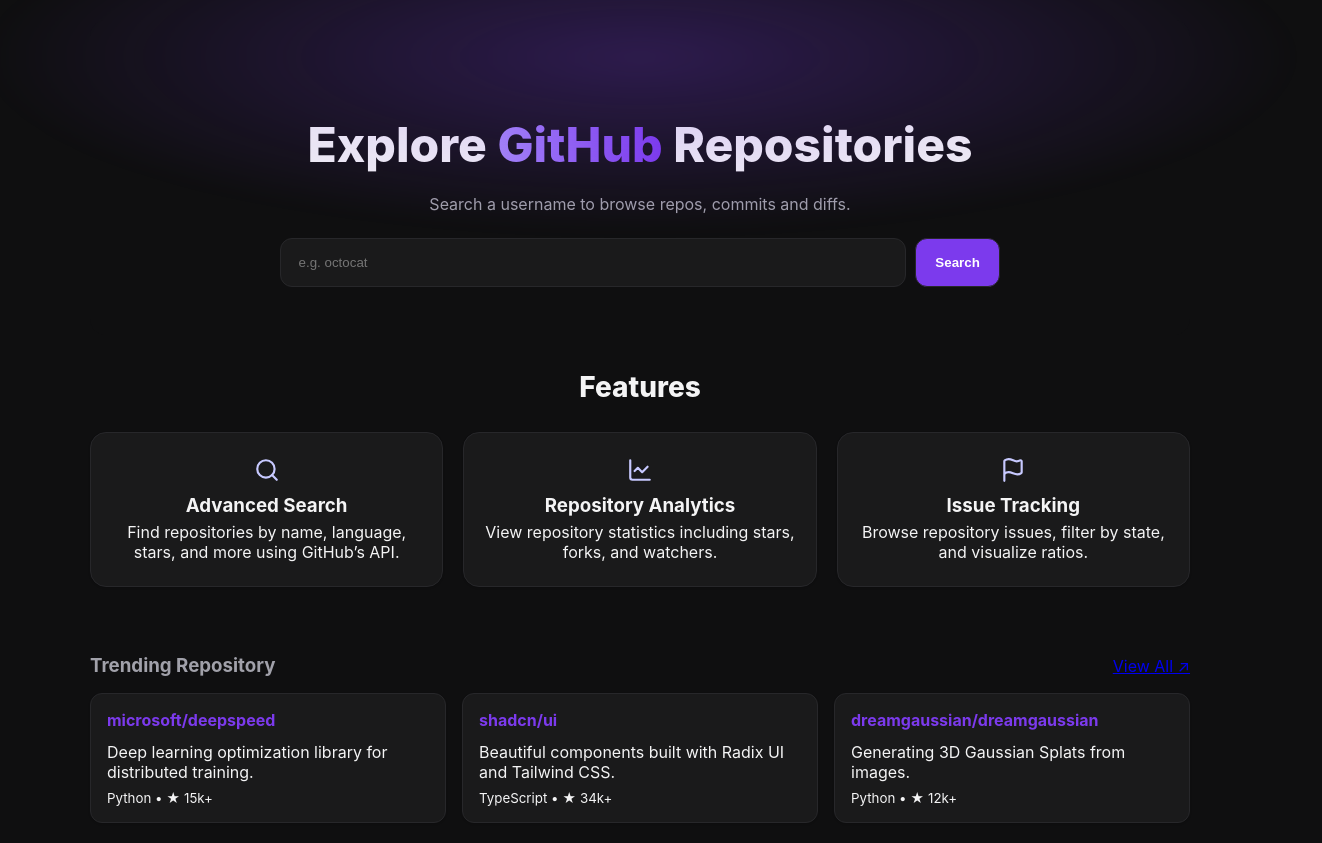
Repository: Tshenolo1994/username-repo
Page: /
These files come from the project's save history. The page is drawn as it stood at one moment and after the next save; the edit follows.
The browser window is 1280 px wide. The page is 1322 px wide, so the pictures cover 1322 px, including what lies to the right of the window. The pictures show the whole page.
The project was rebuilt for these pictures with package versions that can differ from the ones it lists, and the page was loaded fresh each time. Also part of the build but not shown: vite.config.ts, src/views/RepoView.vue.

Above is the page before, as saved 2025-10-27 00:31:14.

### index.html
<!doctype html>
<html lang="en">
  <head>
    <meta charset="UTF-8" />
    <link rel="icon" type="image/svg+xml" href="/vite.svg" />
    <meta name="viewport" content="width=device-width, initial-scale=1.0" />
    <title>commit-explorer</title>
  </head>
  <body>
    <div id="app"></div>
    <script type="module" src="/src/main.ts"></script>
  </body>
</html>

### src/main.ts
import { createApp } from 'vue'
import { createPinia } from 'pinia'
import App from './App.vue'
import router from './router'
import './styles/theme.css'

createApp(App)
  .use(createPinia())
  .use(router)
  .mount('#app')

### src/App.vue
<template>
  <RouterView />
</template>

<script setup lang="ts"></script>

<style>
html, body, #app {
  height: 100%;
  margin: 0;
  font-family: system-ui, -apple-system, 'Segoe UI', Roboto, sans-serif;
}
</style>

### src/router/index.ts
import { createRouter, createWebHistory } from 'vue-router'
import HomeView from '@/views/HomeView.vue'
import RepoView from '@/views/RepoView.vue'

const router = createRouter({
  history: createWebHistory(),
  routes: [
    { path: '/', name: 'home', component: HomeView },
    { path: '/repos/:username', name: 'repos', component: RepoView, props: true },
  ],
  scrollBehavior: () => ({ top: 0 }),
})

export default router

### src/styles/theme.css
:root {

    --bg: #0f0f10;
    --bg-elev: #1a1a1b;
    --text: #f4f4f5;
    --muted: #a1a1aa;
    --border: #27272a;
    --link: #7c3aed;
  }


  [data-theme="light"] {
    --bg: #f9fafb;
    --bg-elev: #ffffff;
    --text: #18181b;
    --muted: #52525b;
    --border: #e4e4e7;
    --link: #2563eb;
  }


  html, body, #app {
    margin: 0;
    padding: 0;
    background: var(--bg);
    color: var(--text);
    font-family: 'Inter', system-ui, sans-serif;
    transition: background 0.3s, color 0.3s;
  }


  h1, h2, h3 {
    line-height: 1.2;
    margin: 0;
  }
  p {
    margin: 0.25rem 0 0;
  }


  .card {
    background: var(--bg-elev);
    border: 1px solid var(--border);
    border-radius: 0.75rem;
    padding: 1rem;
    box-shadow: 0 1px 2px rgba(0,0,0,0.15);
  }

### src/views/HomeView.vue
<template>
    <section class="home">
      <LandingHero @submit="go" />
      <FeatureCards />
      <TrendingRow />
    </section>
  </template>

  <script setup lang="ts">
  import { useRouter } from 'vue-router'
  import LandingHero from '@/components/LandingHero.vue'
  import FeatureCards from '@/components/FeatureCards.vue'
  import TrendingRow from '@/components/TrendingRow.vue'

  const router = useRouter()
  function go(username: string) {
    router.push({ name: 'repos', params: { username } })
  }
  </script>

  <style scoped>
  .home { display:grid; gap:2.25rem; max-width:1100px; margin:0 auto; padding:1.25rem; }
  </style>

### src/components/LandingHero.vue
<template>
    <section class="hero">
      <div class="glow" aria-hidden="true"></div>

      <h1 class="title">
        Explore <span class="accent">GitHub</span> Repositories
      </h1>
      <p class="sub">Search a username to browse repos, commits and diffs.</p>

      <form class="search" @submit.prevent="submit">
        <input
          v-model.trim="username"
          class="input"
          placeholder="e.g. octocat"
          :aria-invalid="!!err"
        />
        <button class="btn" type="submit">Search</button>
      </form>

      <small v-if="err" class="err">{{ err }}</small>
    </section>
  </template>

  <script setup lang="ts">
  import { ref } from 'vue'
  const emit = defineEmits<{ (e: 'submit', username: string): void }>()
  const username = ref(''); const err = ref('')

  function submit() {
    err.value = ''
    if (!username.value) return (err.value = 'Username is required')
    if (!/^[A-Za-z0-9-]{1,39}$/.test(username.value))
      return (err.value = 'Invalid GitHub username')
    emit('submit', username.value)
  }
  </script>

  <style scoped>
  .hero {
    position: relative;
    display: grid;
    gap: 1rem;
    justify-items: center;
    text-align: center;
    padding: 6rem 1rem 3rem;
    background: var(--bg);
    border-radius: 1rem;
  }
  .glow {
    position: absolute;
    inset: -12% -12% auto -12%;
    height: 300px;
    background: radial-gradient(1200px 320px at 50% 25%, rgba(124,58,237,.28), transparent 55%);
    filter: blur(8px);
    pointer-events: none;
  }
  .title {
    margin: 0;
    font-weight: 800;
    font-size: clamp(2rem,5vw,3rem);
    color: var(--text);
  }
  .accent {
    background: linear-gradient(90deg, #a78bfa, #7c3aed);
    -webkit-background-clip: text;
    background-clip: text;
    color: transparent;
  }
  .sub { color: var(--muted); max-width: 60ch; }
  .search {
    display: flex; gap: .6rem;
    width: min(720px,100%);
    margin-top: .5rem;
  }
  .input {
    flex: 1;
    padding: 1rem 1.1rem;
    border-radius: .75rem;
    border: 1px solid var(--border);
    background: var(--bg-elev);
    color: var(--text);
  }
  .btn {
    padding: 1rem 1.2rem;
    border-radius: .75rem;
    border: 1px solid var(--border);
    background: var(--link);
    color: #fff;
    font-weight: 600;
    cursor: pointer;
  }
  .err { color: #ef4444; }
  </style>

### src/components/FeatureCards.vue
<script setup lang="ts">
import { Search, LineChart, Flag } from 'lucide-vue-next'
</script>

<template>
  <section class="features-section">
    <h2 class="section-heading">Features</h2>
    <div class="feature-grid">
      <article class="card glass">
        <Search class="icon" :size="26" />
        <h3>Advanced Search</h3>
        <p>Find repositories by name, language, stars, and more using GitHub’s API.</p>
      </article>
      <article class="card glass">
        <LineChart class="icon" :size="26" />
        <h3>Repository Analytics</h3>
        <p>View repository statistics including stars, forks, and watchers.</p>
      </article>
      <article class="card glass">
        <Flag class="icon" :size="26" />
        <h3>Issue Tracking</h3>
        <p>Browse repository issues, filter by state, and visualize ratios.</p>
      </article>
    </div>
  </section>
</template>

<style scoped>
.features-section { display:grid; gap:1.25rem; text-align:center; }
.section-heading {
  margin: 0 auto 0.5rem;
  font-size: 1.75rem; font-weight: 800;
  color: var(--text);
}
.feature-grid{
  display:grid;
  grid-template-columns: repeat(3, minmax(0, 1fr));
  gap: 1.25rem;
}
.card{
  padding: 1.5rem 1.25rem;
  border-radius: 16px;
  backdrop-filter: blur(14px) saturate(120%);
}
.icon{ color:#c7c9ff; margin-bottom:.5rem; }
@media (max-width: 980px){ .feature-grid{ grid-template-columns: 1fr; } }
</style>

### src/components/TrendingRow.vue
<template>
    <section class="trending">
      <div class="head">
        <h3>Trending Repository</h3>
        <a href="https://github.com/trending" target="_blank" rel="noreferrer">View All ↗</a>
      </div>

      <div class="grid">
        <article class="card">
          <a class="repo" href="https://github.com/microsoft/DeepSpeed" target="_blank" rel="noreferrer">microsoft/deepspeed</a>
          <p>Deep learning optimization library for distributed training.</p>
          <small>Python • ★ 15k+</small>
        </article>

        <article class="card">
          <a class="repo" href="https://github.com/shadcn/ui" target="_blank" rel="noreferrer">shadcn/ui</a>
          <p>Beautiful components built with Radix UI and Tailwind CSS.</p>
          <small>TypeScript • ★ 34k+</small>
        </article>

        <article class="card">
          <a class="repo" href="https://github.com/dreamgaussian/dreamgaussian" target="_blank" rel="noreferrer">dreamgaussian/dreamgaussian</a>
          <p>Generating 3D Gaussian Splats from images.</p>
          <small>Python • ★ 12k+</small>
        </article>
      </div>
    </section>
  </template>

  <script setup lang="ts"></script>

  <style scoped>
  .trending { display:grid; gap:1rem; margin-top:2rem; }
  .head { display:flex; align-items:center; justify-content:space-between; color:var(--muted); }
  .grid { display:grid; grid-template-columns: repeat(3, minmax(0,1fr)); gap:1rem; }
  .card { background: var(--bg-elev); border:1px solid var(--border); border-radius:.75rem; padding:1rem; display:grid; gap:.5rem; }
  .repo { color: var(--link); font-weight:700; text-decoration:none; }
  @media (max-width: 860px){ .grid { grid-template-columns: 1fr; } }
  </style>

After the next save:
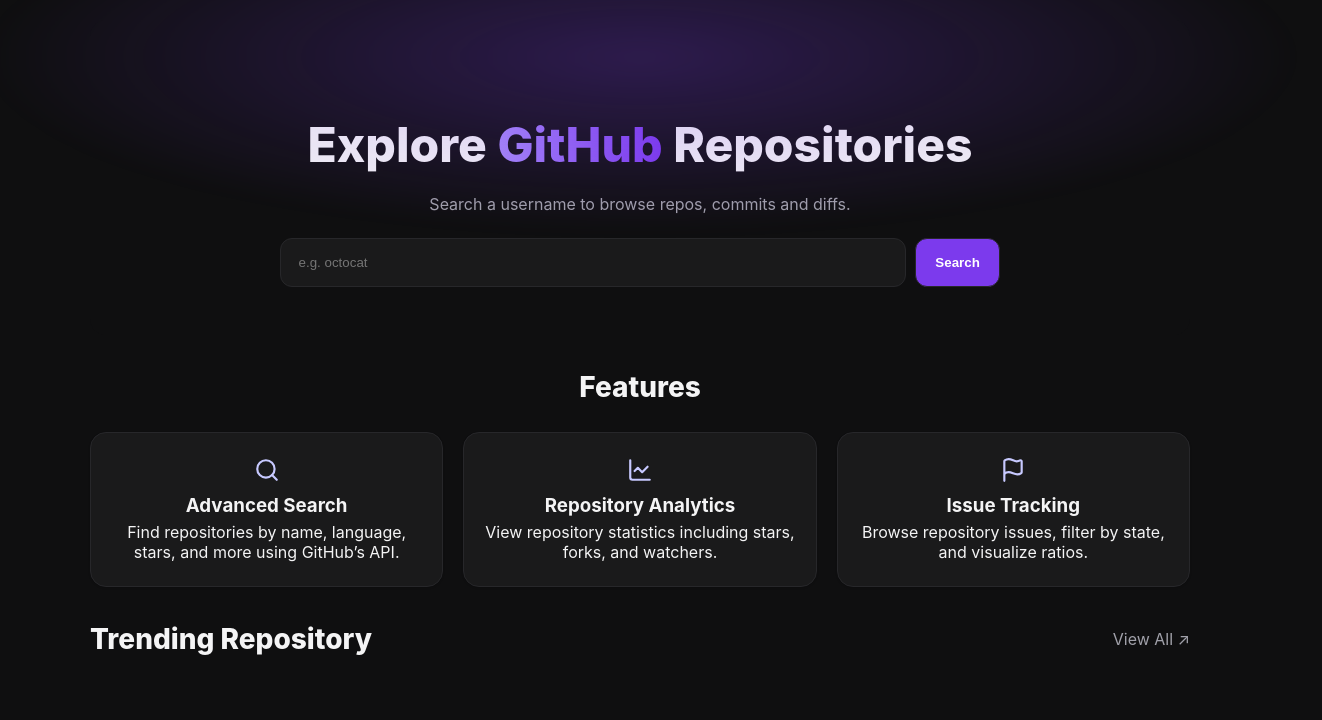
Saved 39 s later.
--- a/src/components/TrendingRow.vue
+++ b/src/components/TrendingRow.vue
@@ -1,39 +1,27 @@
 <template>
-    <section class="trending">
-      <div class="head">
-        <h3>Trending Repository</h3>
-        <a href="https://github.com/trending" target="_blank" rel="noreferrer">View All ↗</a>
+    <section class="trending-section">
+      <div class="trending-head">
+        <h2 class="section-heading">Trending Repository</h2>
+        <a class="view-all" href="https://github.com/trending" target="_blank" rel="noreferrer">View All ↗</a>
       </div>
-
-      <div class="grid">
-        <article class="card">
-          <a class="repo" href="https://github.com/microsoft/DeepSpeed" target="_blank" rel="noreferrer">microsoft/deepspeed</a>
-          <p>Deep learning optimization library for distributed training.</p>
-          <small>Python • ★ 15k+</small>
-        </article>
-
-        <article class="card">
-          <a class="repo" href="https://github.com/shadcn/ui" target="_blank" rel="noreferrer">shadcn/ui</a>
-          <p>Beautiful components built with Radix UI and Tailwind CSS.</p>
-          <small>TypeScript • ★ 34k+</small>
-        </article>
-
-        <article class="card">
-          <a class="repo" href="https://github.com/dreamgaussian/dreamgaussian" target="_blank" rel="noreferrer">dreamgaussian/dreamgaussian</a>
-          <p>Generating 3D Gaussian Splats from images.</p>
-          <small>Python • ★ 12k+</small>
-        </article>
+      <div class="trend-grid">
+        <!-- your 3 cards -->
       </div>
     </section>
   </template>
 
-  <script setup lang="ts"></script>
-
   <style scoped>
-  .trending { display:grid; gap:1rem; margin-top:2rem; }
-  .head { display:flex; align-items:center; justify-content:space-between; color:var(--muted); }
-  .grid { display:grid; grid-template-columns: repeat(3, minmax(0,1fr)); gap:1rem; }
-  .card { background: var(--bg-elev); border:1px solid var(--border); border-radius:.75rem; padding:1rem; display:grid; gap:.5rem; }
-  .repo { color: var(--link); font-weight:700; text-decoration:none; }
-  @media (max-width: 860px){ .grid { grid-template-columns: 1fr; } }
+  .trending-section { display:grid; gap:1rem; }
+  .trending-head{
+    display:flex; align-items:center; justify-content:space-between;
+  }
+  .section-heading{ margin:0; font-size:1.75rem; font-weight:800; color:var(--text); }
+  .view-all{ color: var(--muted); text-decoration:none; }
+  .trend-grid{
+    display:grid;
+    grid-template-columns: repeat(3, minmax(0, 1fr));
+    gap: 1.25rem;
+  }
+  .card{ padding:1.1rem 1.25rem; border-radius:16px; }
+  @media (max-width: 980px){ .trend-grid{ grid-template-columns:1fr; } }
   </style>

After the save that followed:
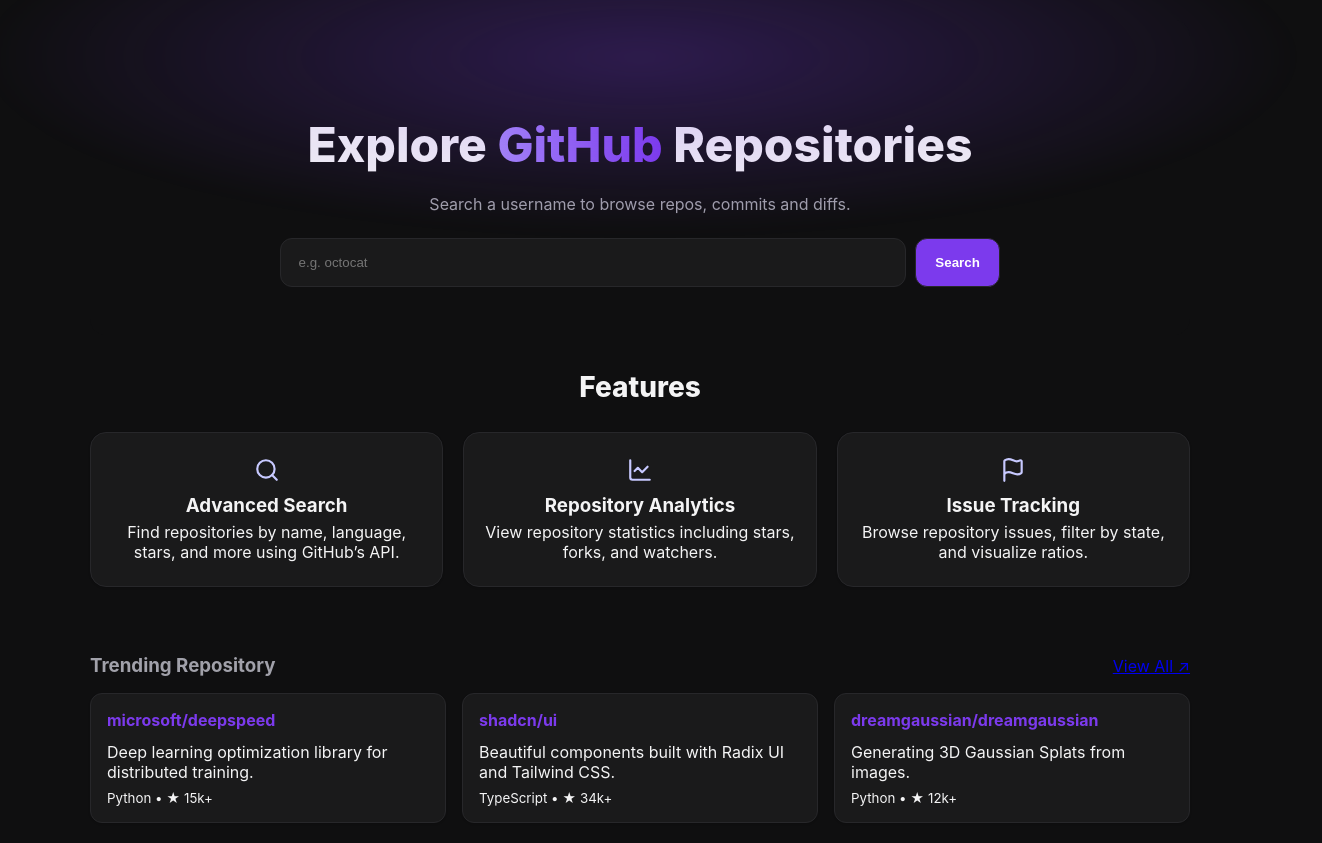
Saved 19 s later.
--- a/src/components/TrendingRow.vue
+++ b/src/components/TrendingRow.vue
@@ -1,27 +1,39 @@
 <template>
-    <section class="trending-section">
-      <div class="trending-head">
-        <h2 class="section-heading">Trending Repository</h2>
-        <a class="view-all" href="https://github.com/trending" target="_blank" rel="noreferrer">View All ↗</a>
+    <section class="trending">
+      <div class="head">
+        <h3>Trending Repository</h3>
+        <a href="https://github.com/trending" target="_blank" rel="noreferrer">View All ↗</a>
       </div>
-      <div class="trend-grid">
-        <!-- your 3 cards -->
+
+      <div class="grid">
+        <article class="card">
+          <a class="repo" href="https://github.com/microsoft/DeepSpeed" target="_blank" rel="noreferrer">microsoft/deepspeed</a>
+          <p>Deep learning optimization library for distributed training.</p>
+          <small>Python • ★ 15k+</small>
+        </article>
+
+        <article class="card">
+          <a class="repo" href="https://github.com/shadcn/ui" target="_blank" rel="noreferrer">shadcn/ui</a>
+          <p>Beautiful components built with Radix UI and Tailwind CSS.</p>
+          <small>TypeScript • ★ 34k+</small>
+        </article>
+
+        <article class="card">
+          <a class="repo" href="https://github.com/dreamgaussian/dreamgaussian" target="_blank" rel="noreferrer">dreamgaussian/dreamgaussian</a>
+          <p>Generating 3D Gaussian Splats from images.</p>
+          <small>Python • ★ 12k+</small>
+        </article>
       </div>
     </section>
   </template>
 
+  <script setup lang="ts"></script>
+
   <style scoped>
-  .trending-section { display:grid; gap:1rem; }
-  .trending-head{
-    display:flex; align-items:center; justify-content:space-between;
-  }
-  .section-heading{ margin:0; font-size:1.75rem; font-weight:800; color:var(--text); }
-  .view-all{ color: var(--muted); text-decoration:none; }
-  .trend-grid{
-    display:grid;
-    grid-template-columns: repeat(3, minmax(0, 1fr));
-    gap: 1.25rem;
-  }
-  .card{ padding:1.1rem 1.25rem; border-radius:16px; }
-  @media (max-width: 980px){ .trend-grid{ grid-template-columns:1fr; } }
+  .trending { display:grid; gap:1rem; margin-top:2rem; }
+  .head { display:flex; align-items:center; justify-content:space-between; color:var(--muted); }
+  .grid { display:grid; grid-template-columns: repeat(3, minmax(0,1fr)); gap:1rem; }
+  .card { background: var(--bg-elev); border:1px solid var(--border); border-radius:.75rem; padding:1rem; display:grid; gap:.5rem; }
+  .repo { color: var(--link); font-weight:700; text-decoration:none; }
+  @media (max-width: 860px){ .grid { grid-template-columns: 1fr; } }
   </style>
